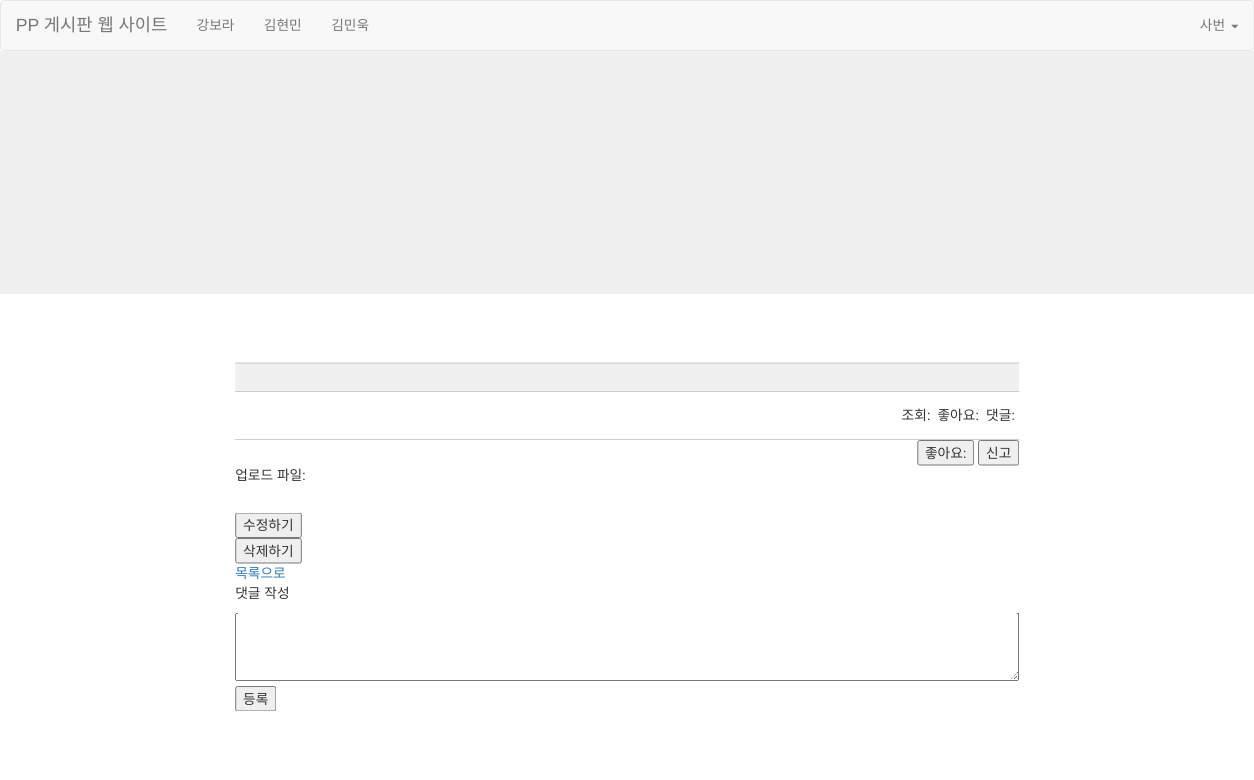
Repository: hyunminini/CommunityPage
Page: http://localhost/PP_Project/boardRead.jsp
The author's editor kept a copy of each file at every save. The page is drawn from the files as they stood at one save, then again after the next save.
The browser window is 1280 px wide. The pictures show the whole page, at 98% of full size.
Some web libraries are served in a nearby version. The page is served by Tomcat 9. The template is opened directly, without the code that normally fills it, so the values that code supplies are empty.

Above is the page before, as saved 2022-09-29 03:17:47.

After the next save:
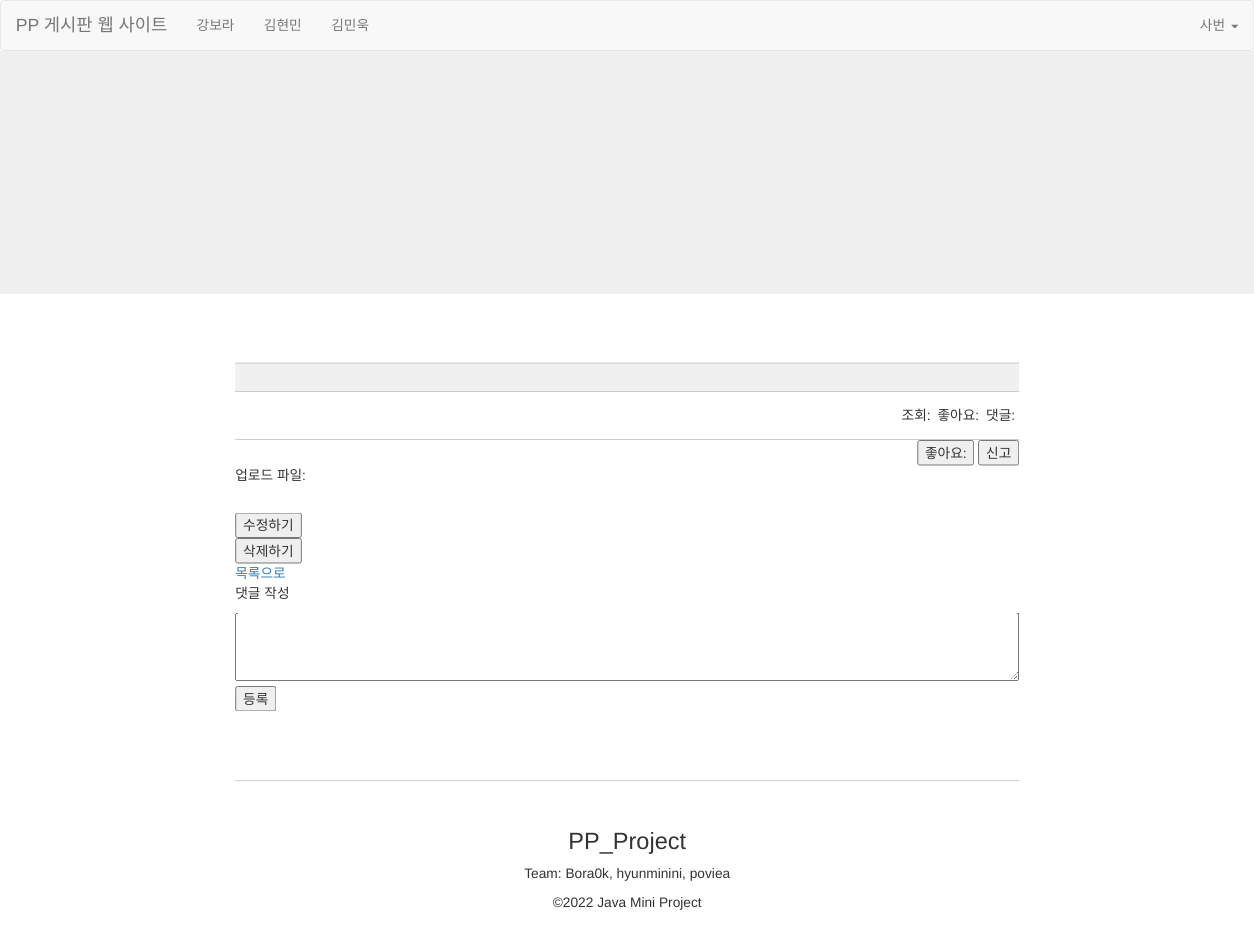
Saved 28 s later.
--- a/PP_Project/WebContent/boardRead.jsp
+++ b/PP_Project/WebContent/boardRead.jsp
@@ -311,7 +311,11 @@ footer {
 </div>
 <footer>
 	<div class="max-wrap">
-
+		<div class="ft-wrap">
+			<h3>PP_Project</h3>
+			<p>Team: Bora0k, hyunminini, poviea</p>
+			<p>©2022 Java Mini Project</p>
+		</div>
 	</div>
 </footer>
 <script src="https://code.jquery.com/jquery-3.1.1.min.js"></script>
